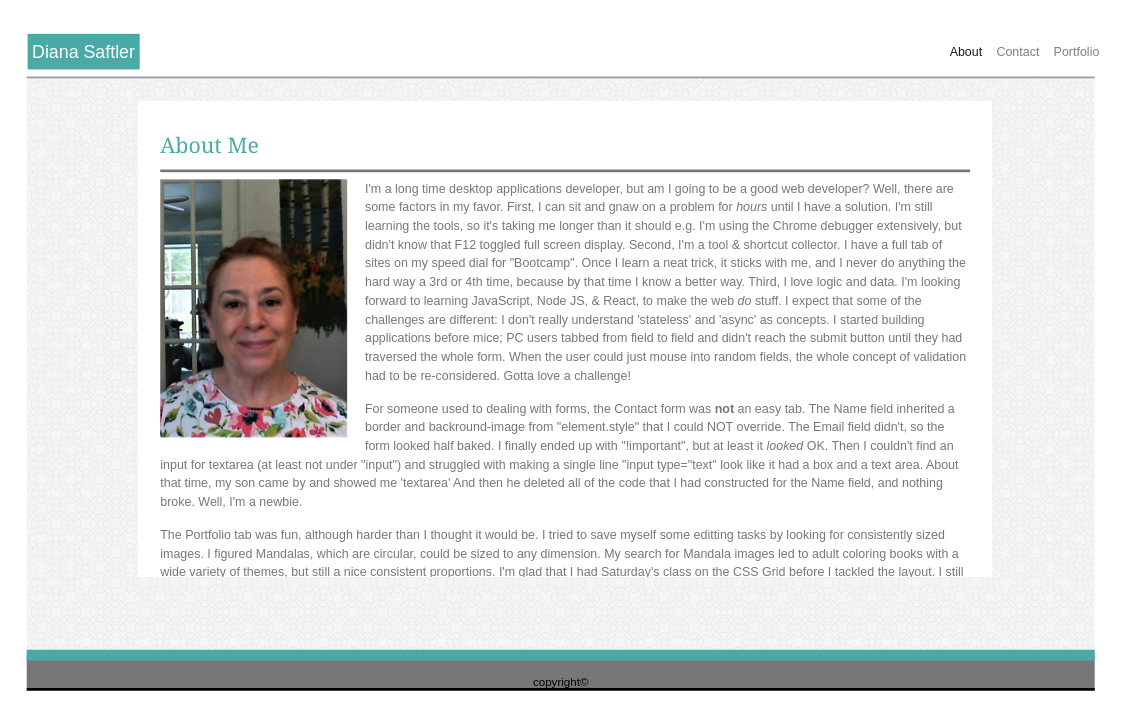
Repository: dsaftler/Bootstrap-Portfolio
Page: index.html
An editor plug-in stored every save of this project. The page is shown before and after the next save, followed by the edit.
The browser window is 1280 px wide. The pictures show the whole page, at 89% of full size.
An inner scrolling area shows only its first screen.

Above is the page before, as saved 2019-03-20 23:46:10.

After the next save:
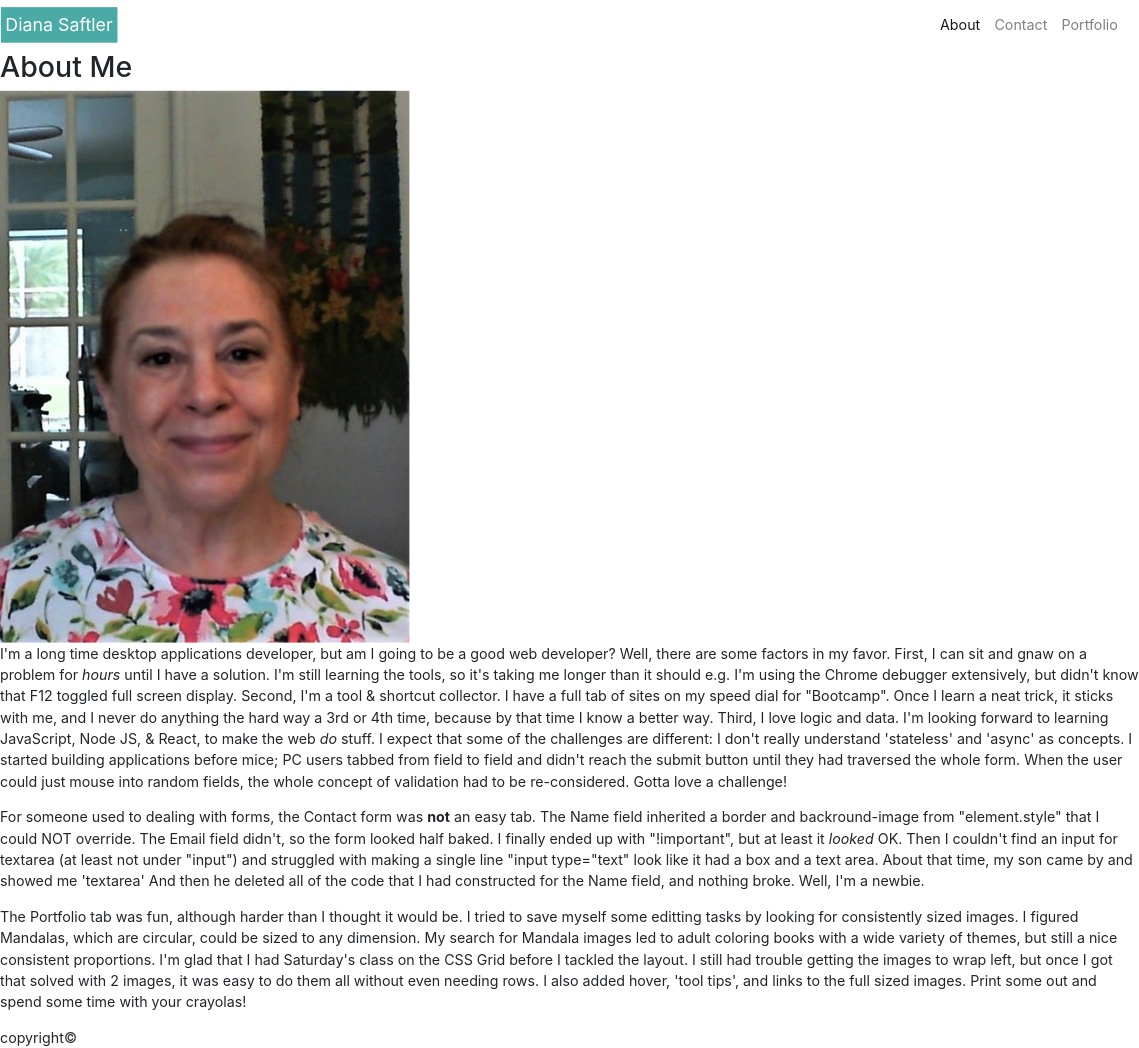
Saved 2 min 30 s later.
--- a/index.html
+++ b/index.html
@@ -4,7 +4,6 @@
     <title>Diana Saftler Portfolio</title>
     <meta name="viewport" content="width=device-width, initial-scale=1, shrink-to-fit=no">
     <link rel="stylesheet" href="https://maxcdn.bootstrapcdn.com/bootstrap/4.0.0/css/bootstrap.min.css" integrity="sha384-Gn5384xqQ1aoWXA+058RXPxPg6fy4IWvTNh0E263XmFcJlSAwiGgFAW/dAiS6JXm" crossorigin="anonymous">
-    <link rel="stylesheet" href="assets/css/style.css">
     <link rel="icon" href="assets/images/Peony.jpg" type="image/jpg" sizes="16x16">
     <meta charset="UTD-8">
 </head>
@@ -18,7 +17,7 @@
         <div class="collapse navbar-collapse" id="navbarSupportedContent">
           <ul class="navbar-nav ml-auto">
             <li class="nav-item active">
-              <a class="nav-link"href="index.html">About<span class="sr-only">(current)</span></a>
+              <a class="nav-link" href="index.html">About<span class="sr-only">(current)</span></a>
             </li>
             <li class="nav-item">
               <a class="nav-link" href="contact.html">Contact</a>

After the save that followed:
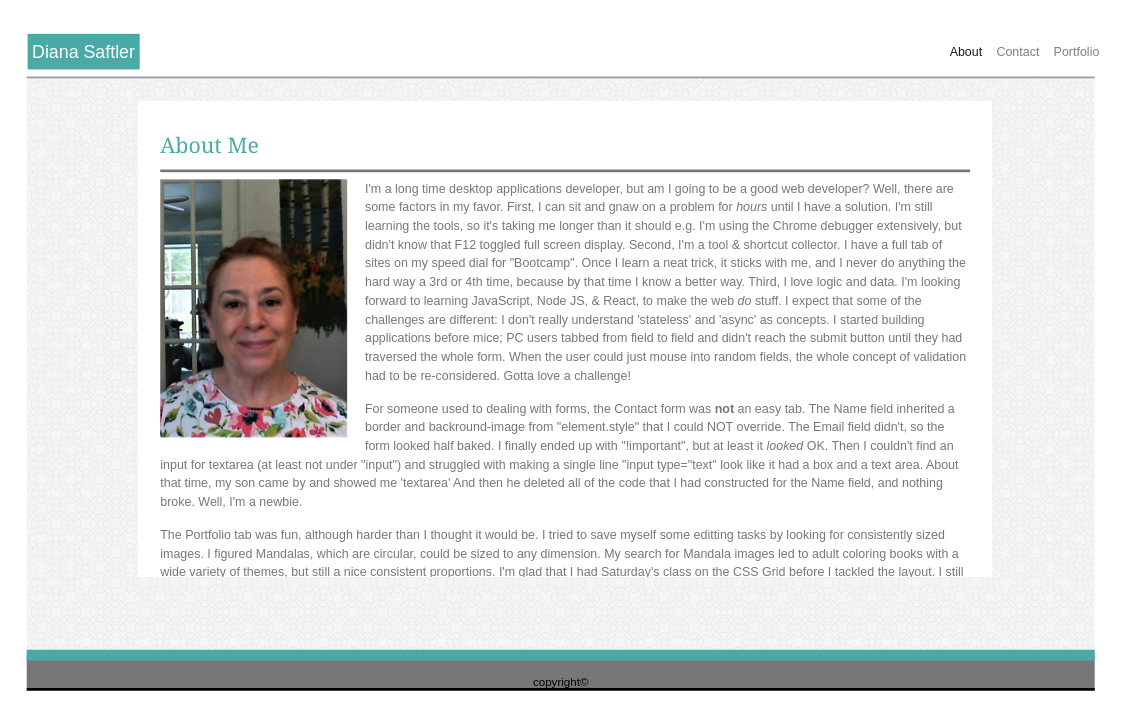
Saved 75 s later.
--- a/index.html
+++ b/index.html
@@ -2,8 +2,11 @@
 <html lang="en">
 <head>
     <title>Diana Saftler Portfolio</title>
+
+
     <meta name="viewport" content="width=device-width, initial-scale=1, shrink-to-fit=no">
     <link rel="stylesheet" href="https://maxcdn.bootstrapcdn.com/bootstrap/4.0.0/css/bootstrap.min.css" integrity="sha384-Gn5384xqQ1aoWXA+058RXPxPg6fy4IWvTNh0E263XmFcJlSAwiGgFAW/dAiS6JXm" crossorigin="anonymous">
+    <link rel="stylesheet" href="assets/css/style.css">
     <link rel="icon" href="assets/images/Peony.jpg" type="image/jpg" sizes="16x16">
     <meta charset="UTD-8">
 </head>
